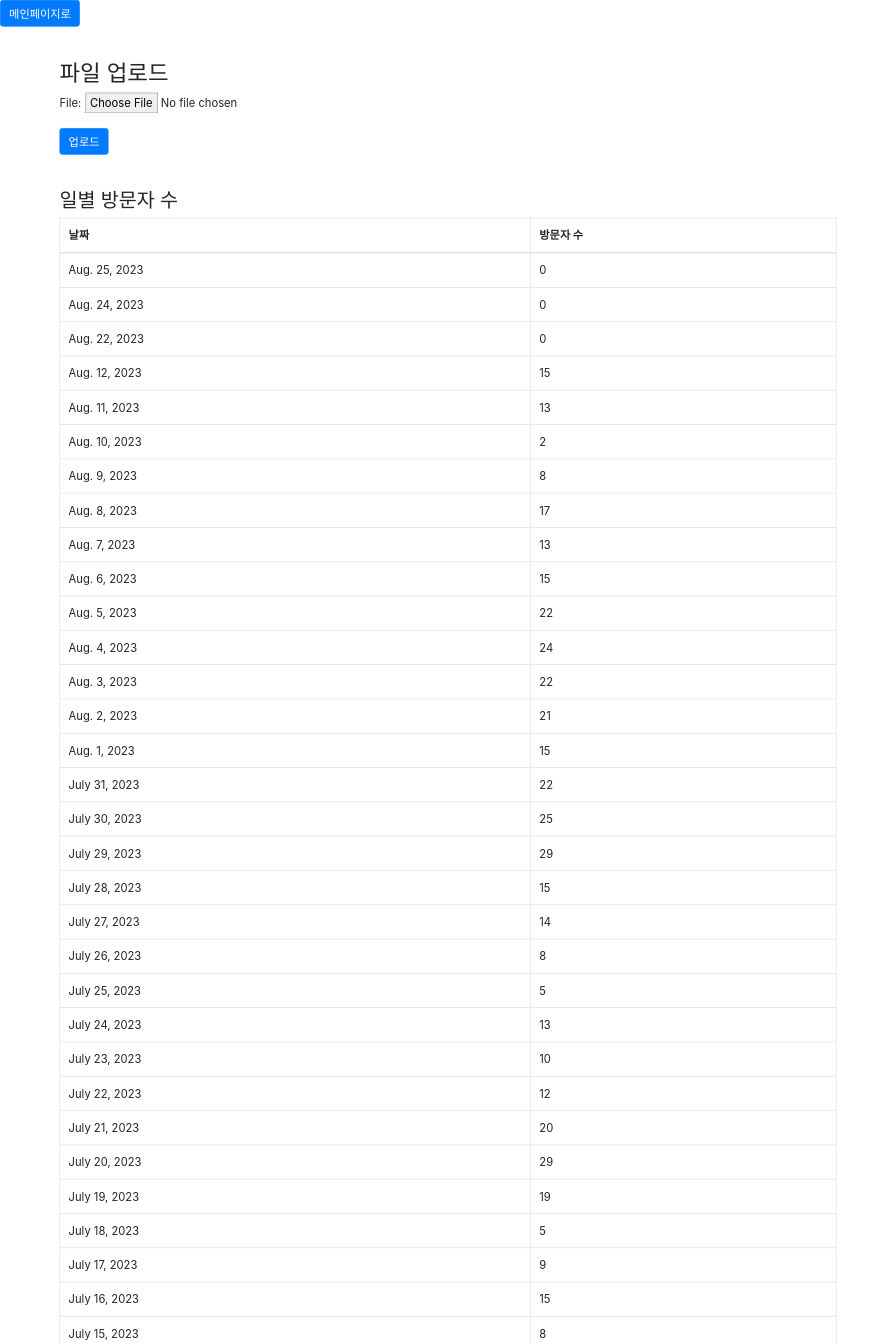
Repository: leeenzang/realmo
Page: http://localhost/file_upload/upload/
These files come from the project's save history. The page is drawn as it stood at one moment and after the next save; the edit follows.
The browser window is 1280 px wide. The pictures show the part of the page from y = 0 to 1920 px (the page is 2828 px tall), at 70% of full size.
The page is served by the project's application, run on Django 4.2 (manage.py). The page reads the database file committed with the project.

Above is the page before, as saved 2023-08-24 21:29:31.

After the next save:
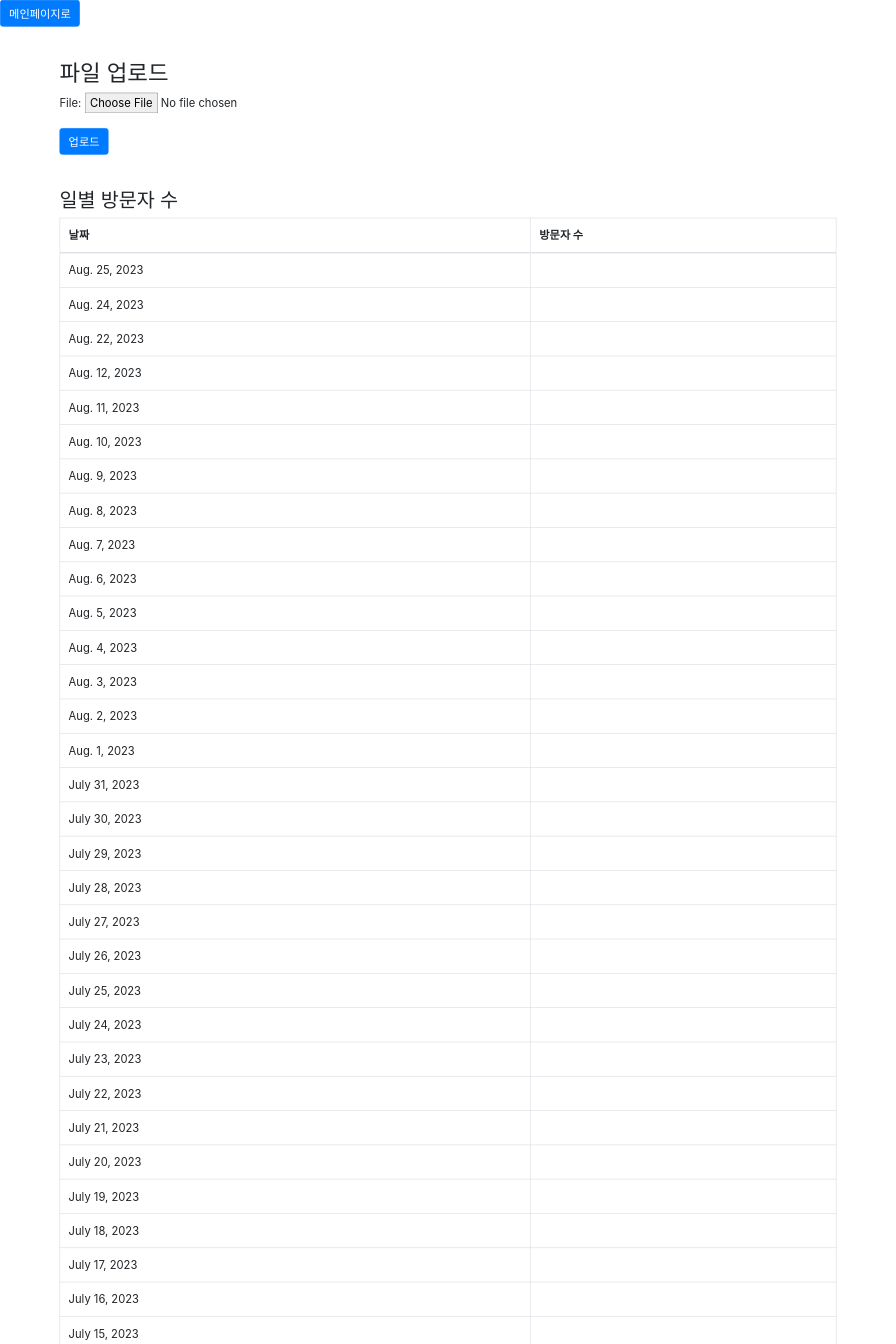
Saved 2 min 24 s later.
--- a/file_upload/templates/file_upload/upload.html
+++ b/file_upload/templates/file_upload/upload.html
@@ -31,7 +31,7 @@
             {% for entry in daily_visitors %}
             <tr>
                 <td>{{ entry.date }}</td>
-                <td>{{ entry.new_visitors_count }}</td>
+                <td>{{ entry.daily_visitors_count }}</td>
             </tr>
             {% endfor %}
         </tbody>
